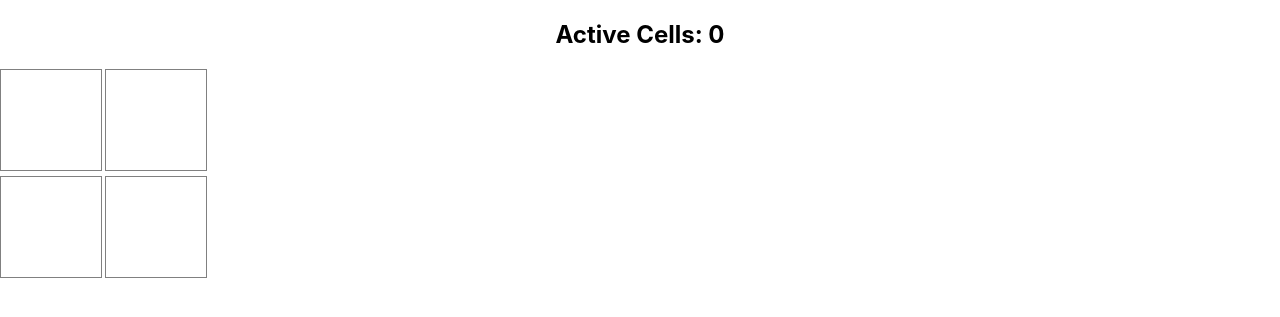
Repository: liwingy/cs5610_fall24_React_and_JavaScript
Page: / (app in react-grid-project/)
The author's editor kept a copy of each file at every save. The page is drawn from the files as they stood at one save, then again after the next save.
The browser window is 1280 px wide. The pictures show the whole page.
The project was rebuilt for these pictures with package versions that can differ from the ones it lists, and the page was loaded fresh each time.

Above is the page before, as saved 2024-11-05 13:40:02.

### react-grid-project/src/App.js
import React from 'react';
import Grid from './parent';

function App() {
  return (
    <div className="App">
      <Grid />
    </div>
  );
}

export default App;

### react-grid-project/src/parent.js
// Parent.js
import React, { useState } from 'react';
import Cell from './Child';

const Grid = () => {
  const [activeCount, setActiveCount] = useState(0);

  const updateCounter = (isActivated) => {
    setActiveCount(prevCount => isActivated ? prevCount + 1 : prevCount - 1);
  };

  return (
    <div style={{ textAlign: 'center' }}>
      <h2>Active Cells: {activeCount}</h2>
      <div style={{ display: 'grid', gridTemplateColumns: 'repeat(2, 100px)', gap: '5px' }}>
        <Cell toggleCounter={updateCounter} />
        <Cell toggleCounter={updateCounter} />
        <Cell toggleCounter={updateCounter} />
        <Cell toggleCounter={updateCounter} />
      </div>
    </div>
  );
};

export default Grid;

### react-grid-project/src/Child.js
import React, { useState } from 'react';

const Cell = ({ toggleCounter }) => {
  const [isActive, setIsActive] = useState(false);

  const toggleCell = () => {
    setIsActive(prevState => !prevState);
    toggleCounter(!isActive);
  };

  return (
    <div
      onClick={toggleCell}
      style={{
        width: '100px',
        height: '100px',
        backgroundColor: isActive ? 'black' : 'white',
        border: '1px solid grey',
        cursor: 'pointer',
      }}
    />
  );
};

export default Cell;

### react-grid-project/src/Parent.js
import React, { useState } from 'react';
import Cell from './Child';

const Grid = () => {
  const [activeCount, setActiveCount] = useState(0);

  const updateCounter = (isActivated) => {
    setActiveCount(prevCount => isActivated ? prevCount + 1 : prevCount - 1);
  };

  return (
    <div style={{ textAlign: 'center' }}>
      <h2>Count: {activeCount}</h2>
      <div style={{
        display: 'grid',
        gridTemplateColumns: 'repeat(2, 100px)',
        gap: '5px',
        justifyContent: 'center',
      }}>
        <Cell toggleCounter={updateCounter} />
        <Cell toggleCounter={updateCounter} />
        <Cell toggleCounter={updateCounter} />
        <Cell toggleCounter={updateCounter} />
      </div>
    </div>
  );
};

export default Grid;

Loaded but not shown: react-grid-project/public/index.html (common file); react-grid-project/src/index.js (common file); react-grid-project/src/index.css (common file); react-grid-project/src/reportWebVitals.js (common file)

After the next save:
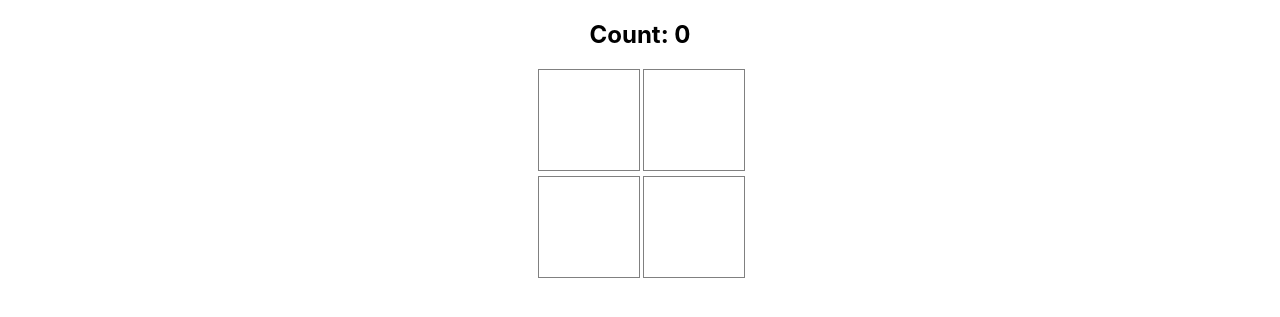
Saved 118 s later.
--- a/react-grid-project/src/App.js
+++ b/react-grid-project/src/App.js
@@ -1,5 +1,5 @@
 import React from 'react';
-import Grid from './parent';
+import Grid from './Parent';
 
 function App() {
   return (
